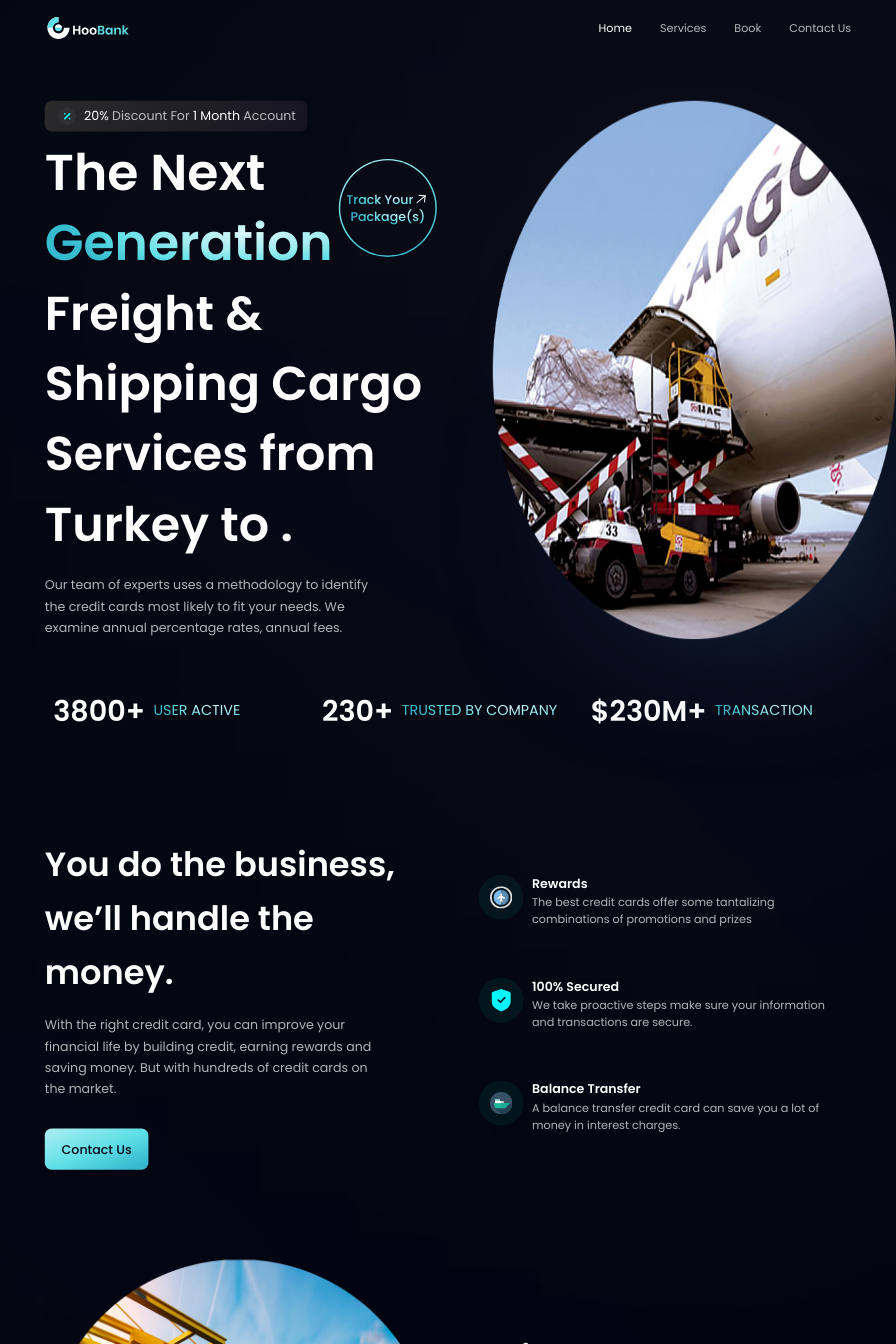
Repository: Miracleoluebube/captionlogistics
Page: /
These files come from the project's save history. The page is drawn as it stood at one moment and after the next save; the edit follows.
The browser window is 1280 px wide. The pictures show the part of the page from y = 0 to 1920 px (the page is 5216 px tall before and 5317 px after), at 70% of full size.
The project was rebuilt for these pictures with package versions that can differ from the ones it lists, and the page was loaded fresh each time. Also part of the build but not shown: vite.config.js.

Above is the page before, as saved 2022-10-01 07:37:38.

After the next save:
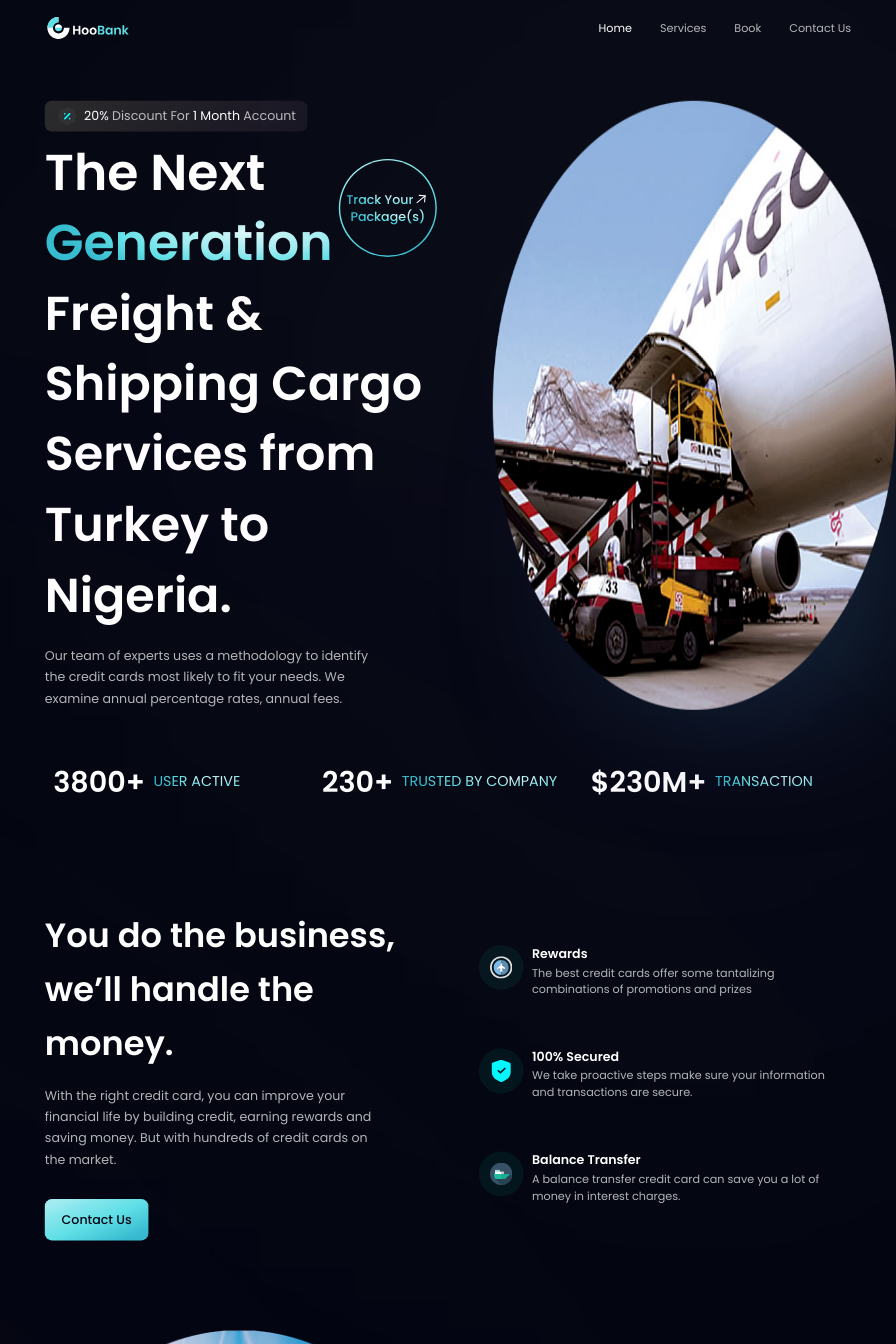
Saved 4 s later.
--- a/src/components/Hero.jsx
+++ b/src/components/Hero.jsx
@@ -25,7 +25,7 @@
         </div>
 
         <h1 className="font-poppins font-semibold ss:text-[68px] text-[52px] text-white ss:leading-[100.8px] leading-[75px] w-full">
-          Freight & Shipping Cargo Services from Turkey to .
+          Freight & Shipping Cargo Services from Turkey to Nigeria.
         </h1>
         <p className={`${styles.paragraph} max-w-[470px] mt-5`}>
           Our team of experts uses a methodology to identify the credit cards
